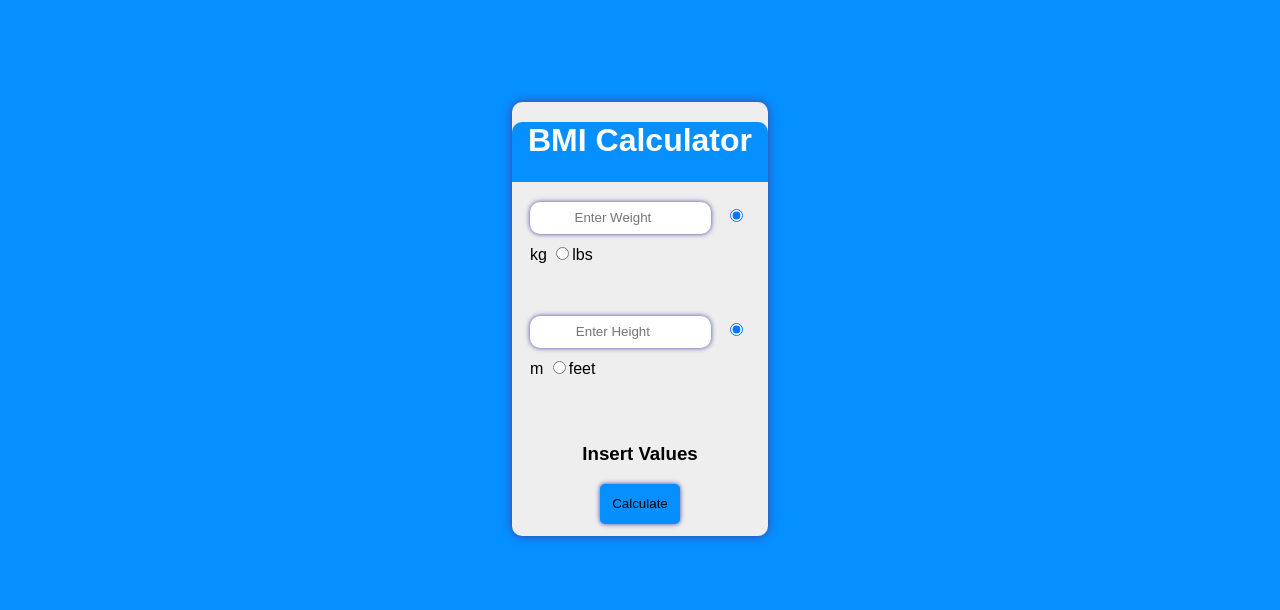
Repository: shayanabedi98/bmi-calculator
Page: index.html
The author's editor kept a copy of each file at every save. The page is drawn from the files as they stood at one save, then again after the next save.
The browser window is 1280 px wide. The pictures show the whole page.

Above is the page before, as saved 2023-07-24 14:31:19.

After the next save:
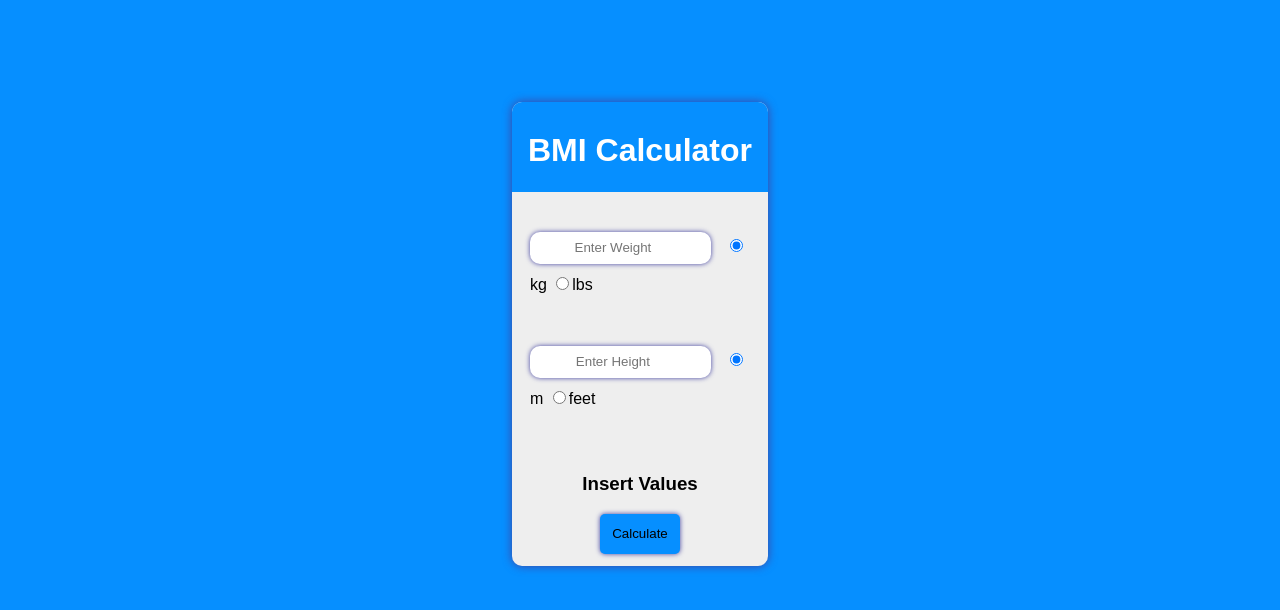
Saved 10 s later.
--- a/styles.css
+++ b/styles.css
@@ -12,7 +12,7 @@ h1 {
     color: #ffffff;
     border-radius: 10px 10px 0 0;
     height: 60px;
-    transform: translateY(20px);
+    padding-top: 30px;
 }
 
 .card {
